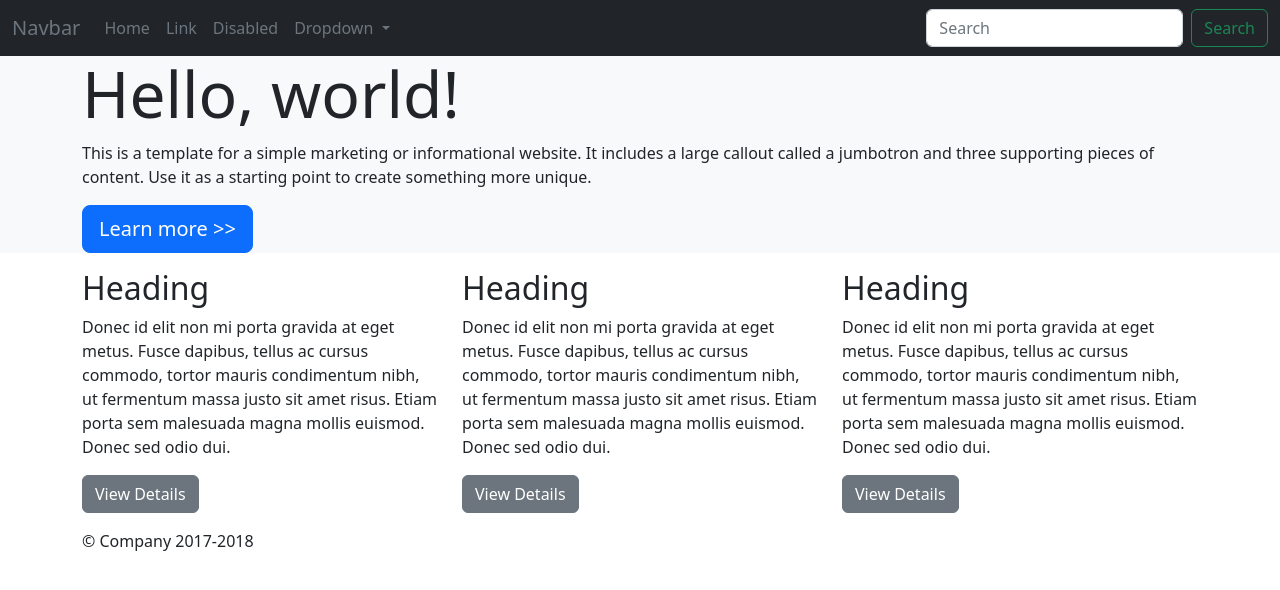
Repository: trongtamdev/lession1_html_sleepcloud
Page: jumbotron.html
The author's editor kept a copy of each file at every save. The page is drawn from the files as they stood at one save, then again after the next save.
The browser window is 1280 px wide. The pictures show the whole page.

Above is the page before, as saved 2022-09-12 09:20:42.

### jumbotron.html
<!DOCTYPE html>
<html lang="en">
  <head>
    <meta charset="UTF-8" />
    <meta http-equiv="X-UA-Compatible" content="IE=edge" />
    <meta name="viewport" content="width=device-width, initial-scale=1.0" />
    <title>Jumbotron</title>
    <link href="./styles/bootstrap.css" rel="stylesheet" />
    <script src="https://cdn.jsdelivr.net/npm/bootstrap@5.2.1/dist/js/bootstrap.bundle.min.js"></script>
  </head>
  <body>
    <!-- Resposive navbar -->
    <nav class="navbar navbar-expand-lg navbar-dark bg-dark">
      <div class="container-fluid">
        <a class="navbar-brand text-muted" href="#">Navbar</a>
        <button
          class="navbar-toggler"
          type="button"
          data-bs-toggle="collapse"
          data-bs-target="#navbarSupportedContent"
          aria-controls="navbarSupportedContent"
          aria-expanded="false"
          aria-label="Toggle navigation"
        >
          <span class="navbar-toggler-icon"></span>
        </button>
        <div class="collapse navbar-collapse" id="navbarSupportedContent">
          <ul class="navbar-nav me-auto mb-2 mb-lg-0">
            <li class="nav-item">
              <a class="nav-link active text-muted" aria-current="page" href="#"
                >Home</a
              >
            </li>
            <li class="nav-item">
              <a class="nav-link text-muted" href="#">Link</a>
            </li>
            <li class="nav-item">
              <a class="nav-link disabled text-muted">Disabled</a>
            </li>
            <li class="nav-item dropdown">
              <a
                class="nav-link dropdown-toggle text-muted"
                href="#"
                role="button"
                data-bs-toggle="dropdown"
                aria-expanded="false"
              >
                Dropdown
              </a>
              <ul class="dropdown-menu">
                <li><a class="dropdown-item" href="#">Action</a></li>
                <li><a class="dropdown-item" href="#">Another action</a></li>
                <li><hr class="dropdown-divider" /></li>
                <li>
                  <a class="dropdown-item" href="#">Something else here</a>
                </li>
              </ul>
            </li>
          </ul>
          <form class="d-flex" role="search">
            <input
              class="form-control me-2"
              type="search"
              placeholder="Search"
              aria-label="Search"
            />
            <button class="btn btn-outline-success" type="submit">
              Search
            </button>
          </form>
        </div>
      </div>
    </nav>
    <!-- Main -->
    <main>
      <div class="jumbotron bg-light">
        <div class="container">
          <h1 class="display-3">Hello, world!</h1>
          <p>
            This is a template for a simple marketing or informational website.
            It includes a large callout called a jumbotron and three supporting
            pieces of content. Use it as a starting point to create something
            more unique.
          </p>
          <p><a class="btn btn-primary btn-lg" href="#">Learn more >></a></p>
        </div>
      </div>

      <div class="container">
        <div class="row">
          <div class="col-md-4">
            <h2>Heading</h2>
            <p>
              Donec id elit non mi porta gravida at eget metus. Fusce dapibus,
              tellus ac cursus commodo, tortor mauris condimentum nibh, ut
              fermentum massa justo sit amet risus. Etiam porta sem malesuada
              magna mollis euismod. Donec sed odio dui.
            </p>
            <p>
              <a class="btn btn-secondary" href="#" role="button"
                >View Details</a
              >
            </p>
          </div>
          <div class="col-md-4">
            <h2>Heading</h2>
            <p>
              Donec id elit non mi porta gravida at eget metus. Fusce dapibus,
              tellus ac cursus commodo, tortor mauris condimentum nibh, ut
              fermentum massa justo sit amet risus. Etiam porta sem malesuada
              magna mollis euismod. Donec sed odio dui.
            </p>
            <p>
              <a class="btn btn-secondary" href="#" role="button"
                >View Details</a
              >
            </p>
          </div>
          <div class="col-md-4">
            <h2>Heading</h2>
            <p>
              Donec id elit non mi porta gravida at eget metus. Fusce dapibus,
              tellus ac cursus commodo, tortor mauris condimentum nibh, ut
              fermentum massa justo sit amet risus. Etiam porta sem malesuada
              magna mollis euismod. Donec sed odio dui.
            </p>
            <p>
              <a class="btn btn-secondary" href="#" role="button"
                >View Details</a
              >
            </p>
          </div>
        </div>
      </div>
    </main>

    <footer class="container">© Company 2017-2018</footer>
  </body>
</html>

Loaded but not shown: styles/bootstrap.css (library)

After the next save:
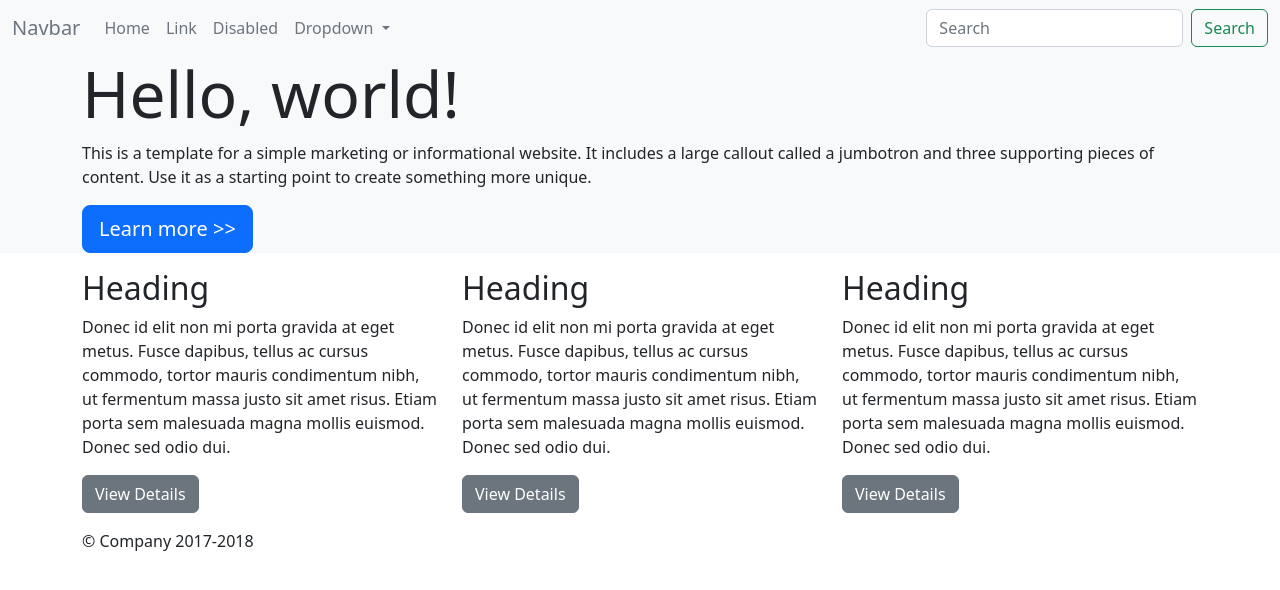
Saved 16 s later.
--- a/jumbotron.html
+++ b/jumbotron.html
@@ -10,7 +10,7 @@
   </head>
   <body>
     <!-- Resposive navbar -->
-    <nav class="navbar navbar-expand-lg navbar-dark bg-dark">
+    <nav class="navbar navbar-expand-lg navbar-dark bg-light">
       <div class="container-fluid">
         <a class="navbar-brand text-muted" href="#">Navbar</a>
         <button

After the save that followed:
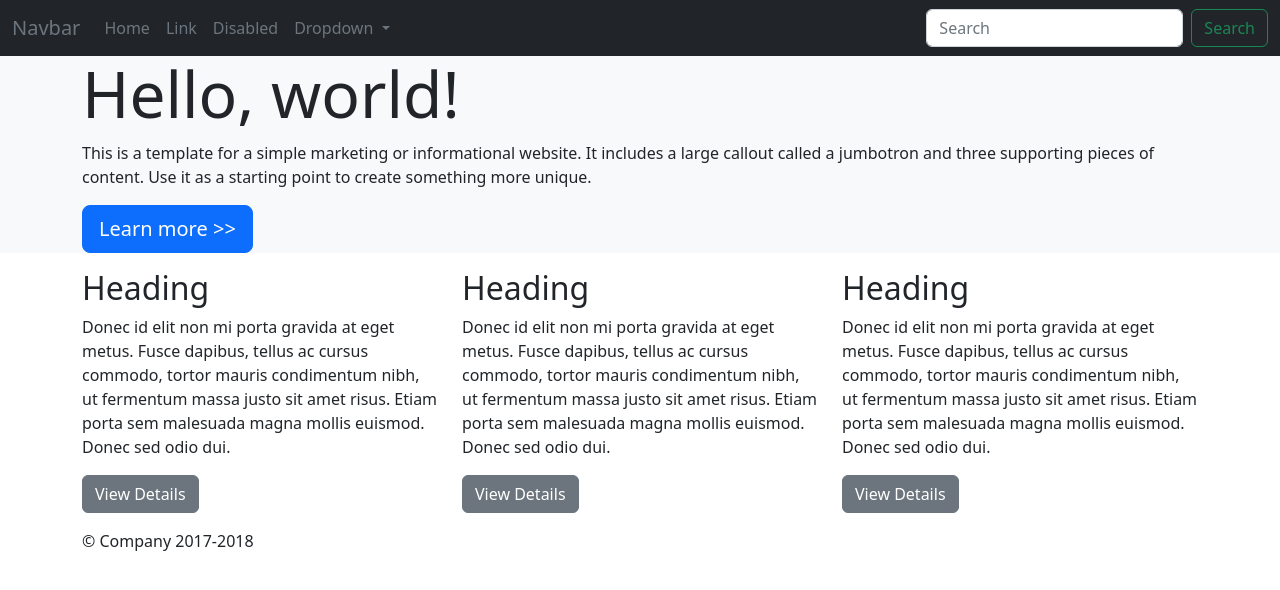
Saved 4 s later.
--- a/jumbotron.html
+++ b/jumbotron.html
@@ -10,7 +10,7 @@
   </head>
   <body>
     <!-- Resposive navbar -->
-    <nav class="navbar navbar-expand-lg navbar-dark bg-light">
+    <nav class="navbar navbar-expand-lg navbar-dark bg-dark">
       <div class="container-fluid">
         <a class="navbar-brand text-muted" href="#">Navbar</a>
         <button
